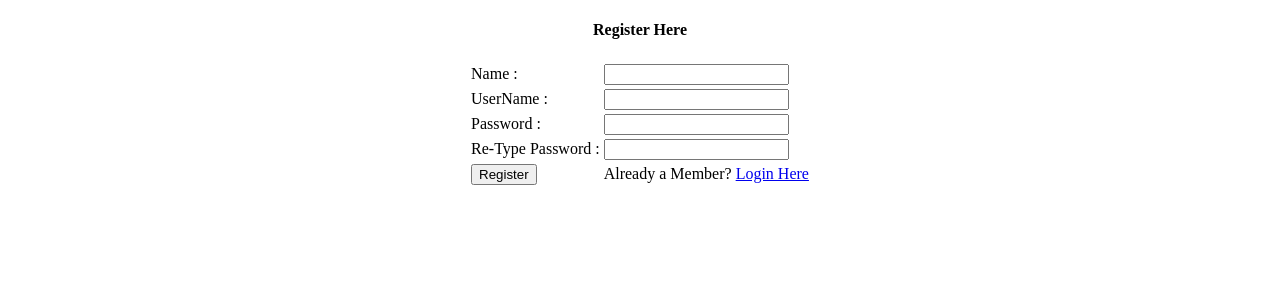
Repository: ShegokarSneha/Login-Registration
Page: http://localhost/LoginRegistration/Register.jsp
An editor plug-in stored every save of this project. The page is shown before and after the next save, followed by the edit.
The browser window is 1280 px wide. The pictures show the whole page.
The page is served by Tomcat 9. Other server files are loaded and not shown.

Above is the page before, as saved 2019-07-09 04:46:47.

### LoginRegistration/WebContent/Register.jsp
<%@ page language="java" contentType="text/html; charset=UTF-8"
	pageEncoding="UTF-8"%>
<!DOCTYPE html>
<html>
<head>
<meta charset="UTF-8">
<title>Insert title here</title>
</head>
<body>
	<center>
	<h4>Register Here</h4>
		<form action="Registration">
			<table>

				<tr>
					<td>Name :</td>
					<td><input type="text" name="name"></td>
				<tr>
					<td>UserName :</td>
					<td><input type="text" name="username"></td>
				<tr>
					<td>Password :</td>
					<td><input type="password" name="password"></td>
				<tr>
					<td>Re-Type Password :</td>
					<td><input type="password" name="password"></td>
				<tr>
					<td><input type="Submit" name="Submit" value="Register">
						</td>
						<td>Already a Member? <a href="Login.jsp">Login Here</a></td>
			</table>
		</form>
	</center>
</body>
</html>

After the next save:
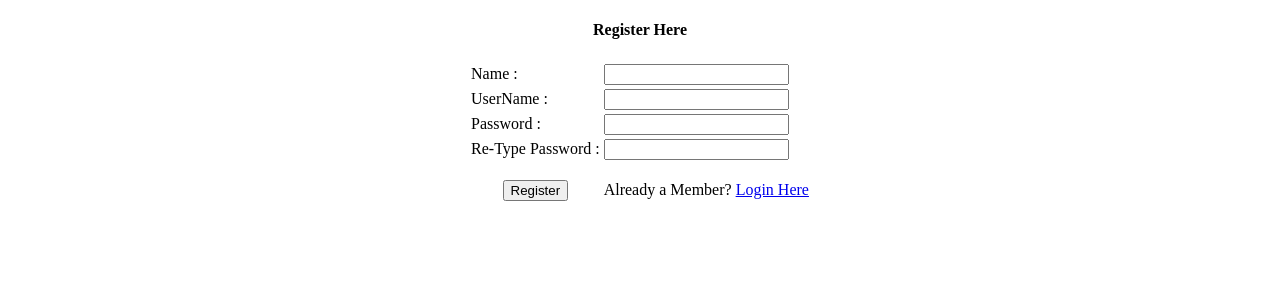
Saved 37 s later.
--- a/LoginRegistration/WebContent/Register.jsp
+++ b/LoginRegistration/WebContent/Register.jsp
@@ -25,8 +25,8 @@
 					<td>Re-Type Password :</td>
 					<td><input type="password" name="password"></td>
 				<tr>
-					<td><input type="Submit" name="Submit" value="Register">
-						</td>
+					<td><p align = "center"><input type="Submit" name="Submit" value="Register">
+						</p></td>
 						<td>Already a Member? <a href="Login.jsp">Login Here</a></td>
 			</table>
 		</form>
